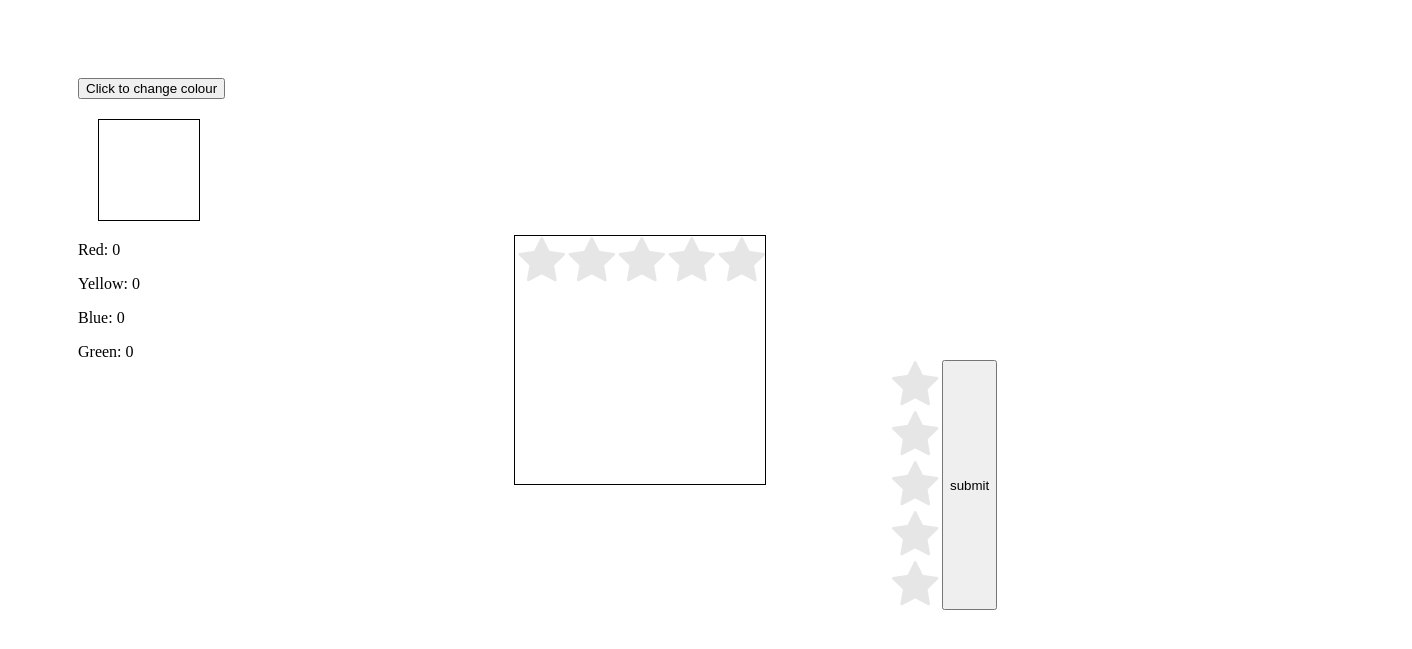
Repository: samalty/star-rating-system-js-test
Page: home.html
The author's editor kept a record of every edit. The page is drawn from the files as they stood at one moment, then again after the next edit.
The browser window is 1280 px wide. The page is 1412 px wide, so the pictures cover 1412 px, including what lies to the right of the window. The pictures show the whole page.

Above is the page before.

After the next edit:
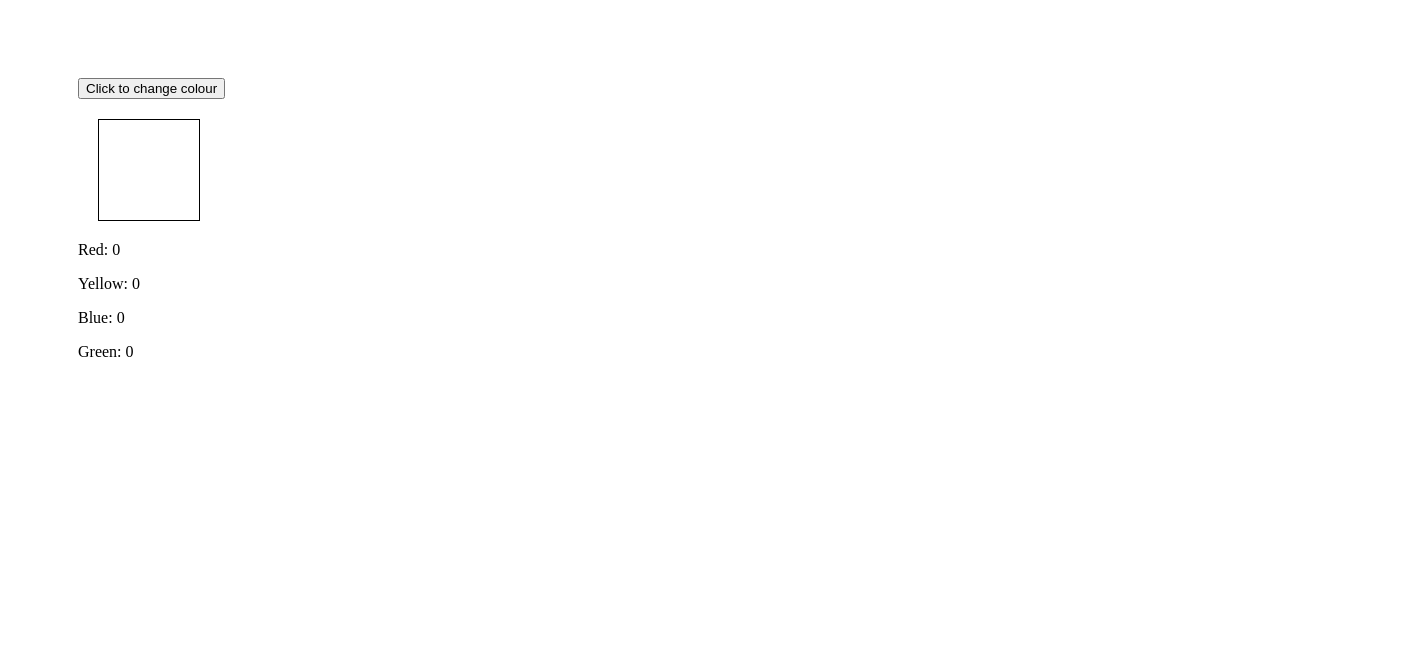
The edit:
--- a/home.html
+++ b/home.html
@@ -17,35 +17,5 @@
                 <p>Green: <span id="greenScore">0</span></p>
             </div>
         </div>
-        <div class="container">
-            <form name="stars" class="starsForm" onsubmit="return overallRating()">
-                <div class="fundingStarContainer">
-                    <input type="radio" name="star" class="star" id="star5" value="5"><label for="star5">
-                    </label>
-                    <input type="radio" name="star" class="star" id="star4" value="4"><label for="star4">
-                    </label>
-                    <input type="radio" name="star" class="star" id="star3" value="3"><label for="star3">
-                    </label>
-                    <input type="radio" name="star" class="star" id="star2" value="2"><label for="star2">
-                    </label>
-                    <input type="radio" name="star" class="star" id="star1" value="1"><label for="star1">
-                    </label>
-                </div>
-                <br>
-                <div class="mentoringStarContainer">
-                    <input type="radio" name="star" class="star" id="star5" value="5"><label for="star5" class="mentoringStars">
-                    </label>
-                    <input type="radio" name="star" class="star" id="star4" value="4"><label for="star4" class="mentoringStars">
-                    </label>
-                    <input type="radio" name="star" class="star" id="star3" value="3"><label for="star3" class="mentoringStars">
-                    </label>
-                    <input type="radio" name="star" class="star" id="star2" value="2"><label for="star2" class="mentoringStars">
-                    </label>
-                    <input type="radio" name="star" class="star" id="star1" value="1"><label for="star1">
-                    </label>
-                </div>
-                <input type="submit" class="submit" value="submit">
-            </form>
-        </div>
     </body>
 </html>
